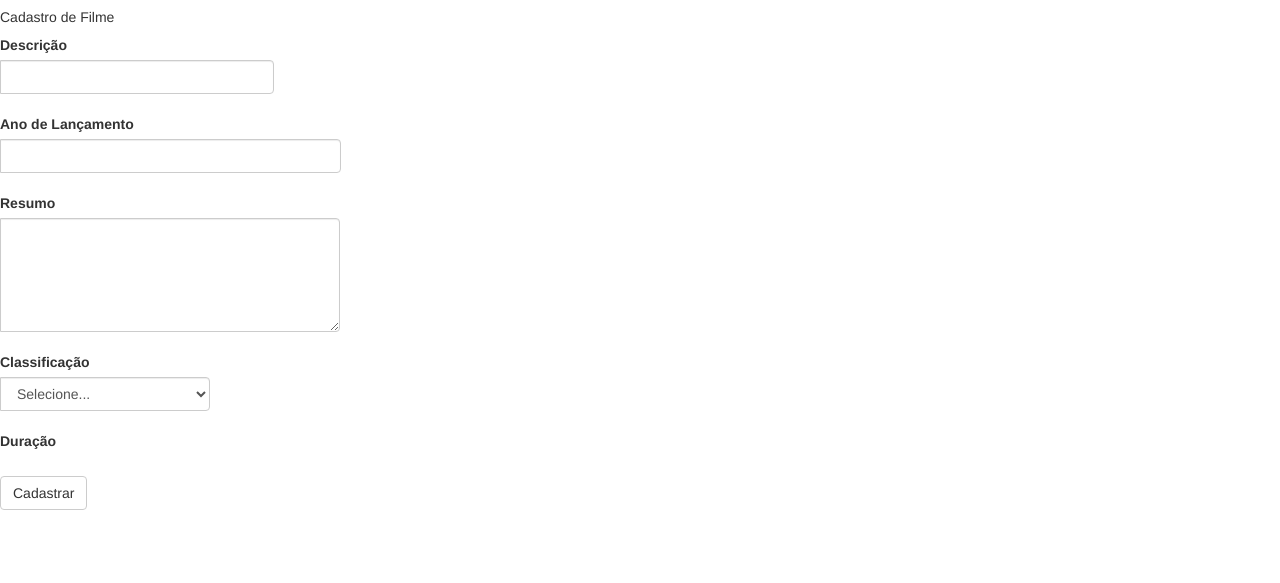
Repository: cadupedrassani/CursoDeJava
Page: Avaliação/BaseAPI/WebApp/src/main/webapp/filme/cadastro.html
The author's editor kept a copy of each file at every save. The page is drawn from the files as they stood at one save, then again after the next save.
The browser window is 1280 px wide. The pictures show the whole page.

Above is the page before, as saved 2016-12-06 16:21:03.

### Avaliação/BaseAPI/WebApp/src/main/webapp/filme/cadastro.html
<!DOCTYPE html>
<html>
<head>
<meta charset="ISO-8859-1">
<title>Insert title here</title>
<link rel="stylesheet" href="/WebApp/resources/css/bootstrap.min.css">
</head>
<body>
<div>
	<h5>Cadastro de Filme</h5>
</div>
<div class="input-group">
	<label>Descrição</label>
	<input id="descricao-filme"
	       type="text"
	       class="form-control"></input>
</div>
</br>

<div class="input-group">
	<label>Ano de Lançamento</label>
	<input id="ano-filme"
	       type="text"
	       class="form-control"></input>
</div>
</br>

<div class="input-group">
	<label>Resumo</label>
	<textarea rows="5"
			  cols="30"
			  id="resumo-filme"
	       	  class="form-control"></textarea>
</div>
</br>

<div class="input-group">
	<label>Classificação</label>
		<select id="classificacao-filme" class="form-control">
    		<option value="" disabled="disabled" selected="selected">Selecione...</option>
    		<option value="1">1</option>
    		<option value="2">2</option>
    		<option value="3">3</option>
    		<option value="4">4</option>
    		<option value="5">5</option>
		</select>
</div>
</br>

<div class="input-group">
	<label>Duração</label>
	<time>

	</time>
</div>
</br>
<div class="input-group">
	<button id="cadastrar"
	        type="button"
	        class="btn btn-default gold"
	        onclick="cadastrarEndereco();">Cadastrar</button>
</div>

<div id="modal-mensagens" class="modal fade" tabindex="-1" role="dialog">
	<div class="modal-dialog" role="document">
		<div class="modal-content">
			<div class="modal-header">
				<h5 id="modal-title" class="modal-title"></h5>
			</div>
			<div class="modal-body">
				<label id="modal-mensagem"></label>
			</div>
			<div class="modal-footer">
				<button type="button"
						class="btn btn-default gold"
						data-dismiss="modal">OK</button>
			</div>
		</div>
	</div>
</div>

<script src="/WebApp/resources/js/jquery.min.js"></script>
<script src="/WebApp/resources/js/bootstrap.min.js"></script>
<script src="/WebApp/resources/js/default.js"></script>
<script src="/WebApp/resources/js/filme.js"></script>

</body>
</html>

### Avaliação/BaseAPI/WebApp/src/main/webapp/resources/js/default.js

function abrirTelaCadastroCategoria(){
	var url = "/WebApp/categoria/cadastro.html";
	$.get(url, '', function(data){
		$('#conteudo-principal').html(data);
	})
}

function abrirTelaPesquisaCategoria(){
	var url = "/WebApp/categoria/pesquisa.html";
	$.get(url, '', function(data){
		$('#conteudo-principal').html(data)
	})
}


function abrirTelaCadastroEndereco(){
	var url = "/WebApp/endereco/cadastro.html";
	$.get(url, '', function(data){
		$('#conteudo-principal').html(data);
	})
}

function abrirTelaCadastroFilme(){
	var url = "/WebApp/filme/cadastro.html";
	$.get(url, '', function(data){
		$('#conteudo-principal').html(data);
	})
}

### Avaliação/BaseAPI/WebApp/src/main/webapp/resources/js/filme.js
function cadastrarFilme(){

	var ano = $("#ano-filme").val();
	var classificacao = $("#classificacao-filme").val();
	var descricao = $("#descricao-filme").val();
	var duracao = $("#duracao-filme").val;
	var resumo = $("#resumo-filme").val();

	var filmeDTO = new Object();
	var operacao = "/ControleAPI/endereco/cadastrarFilme"

	filmeDTO.ano = ano;
	filmeDTO.classificacao = classificacao;
	filmeDTO.descricao = descricao;
	filmeDTO.duracao = duracao;
	filmeDTO.resumo = resumo;

	$.ajax({
		method: "POST",
		url: operacao,
		data: JSON.stringify(filmeDTO),
		contentType: "application/json"
	}).done(function (data){
		var mensagem = "";
		var titulo = "";
		if(data.mensagem != undefined && data.mensagem != null && data.mensagem != ''){
			titulo = "Atenção";
			mensagem = data.mensagem;
		}else{
			titulo = 'Sucesso';
			mensagem = "Filme cadastrado com sucesso.";
		}
		mostrarModal(titulo, mensagem)
	});
}

Loaded but not shown: Avaliação/BaseAPI/WebApp/src/main/webapp/resources/css/bootstrap.min.css (library); Avaliação/BaseAPI/WebApp/src/main/webapp/resources/js/jquery.min.js (library); Avaliação/BaseAPI/WebApp/src/main/webapp/resources/js/bootstrap.min.js (library)

After the next save:
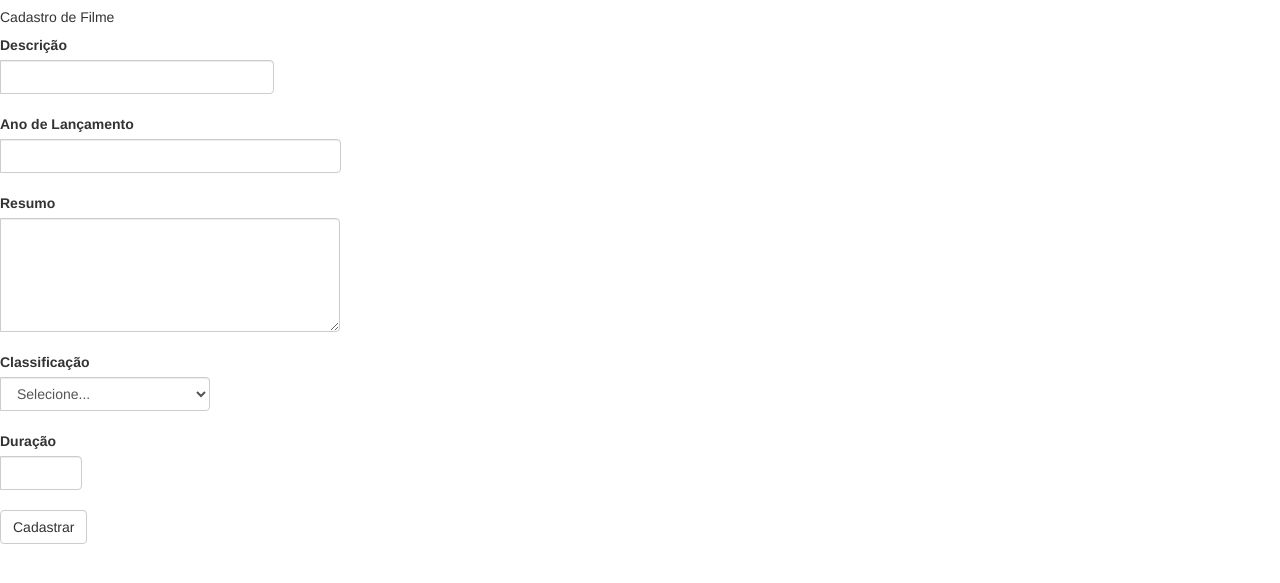
Saved 2 min 2 s later.
--- a/Avaliação/BaseAPI/WebApp/src/main/webapp/filme/cadastro.html
+++ b/Avaliação/BaseAPI/WebApp/src/main/webapp/filme/cadastro.html
@@ -49,9 +49,9 @@
 
 <div class="input-group">
 	<label>Duração</label>
-	<time>
-
-	</time>
+	<time id="ano-filme"
+	       type="text"
+	       class="form-control"></time>
 </div>
 </br>
 <div class="input-group">
